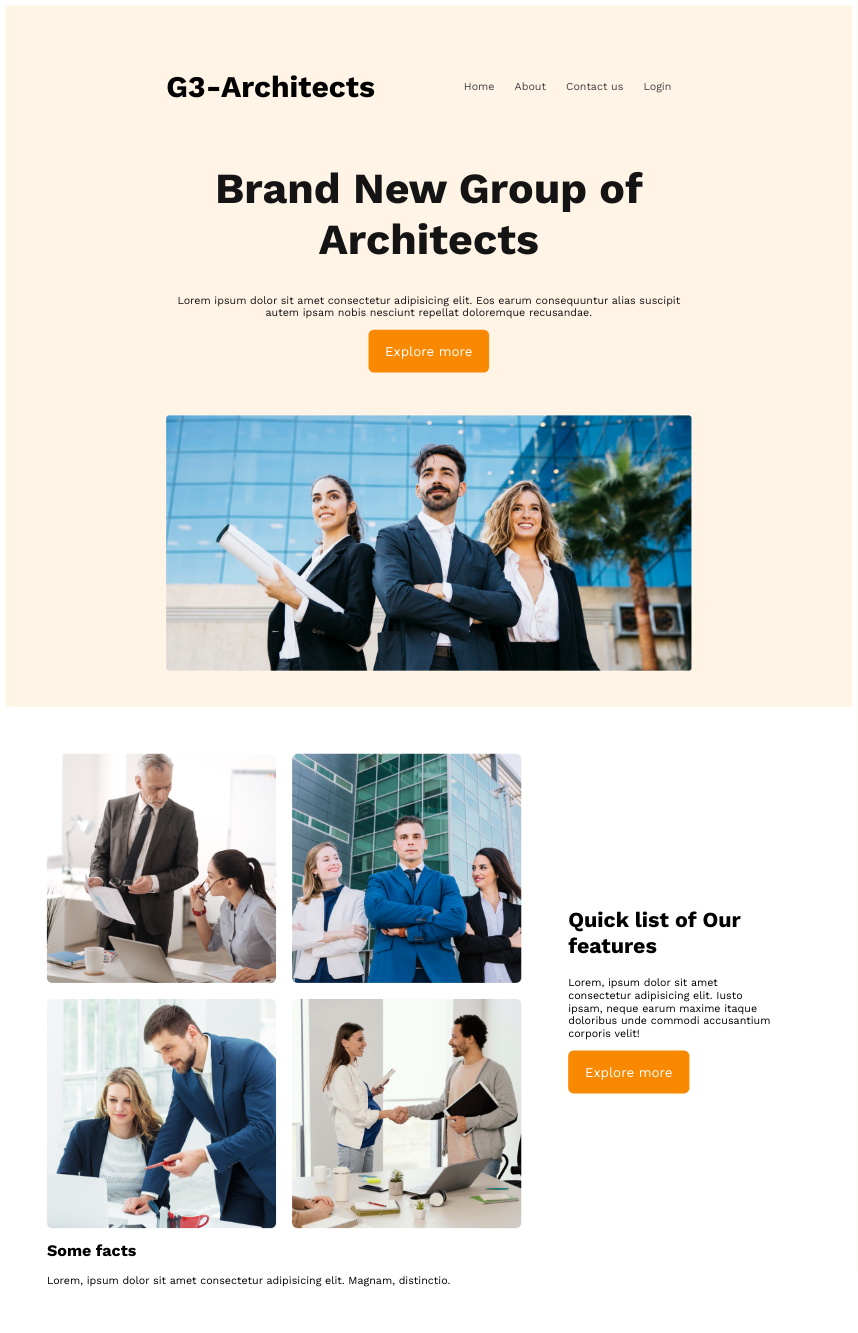
Repository: RudrasahaDibos/architects-resources
Page: index.html
An editor plug-in stored every save of this project. The page is shown before and after a run of saves, followed by the edit.
The browser window is 1280 px wide. The pictures show the whole page, at 67% of full size.

Above is the page before, as saved 2024-10-06 21:33:00.

After the next 13 saves:
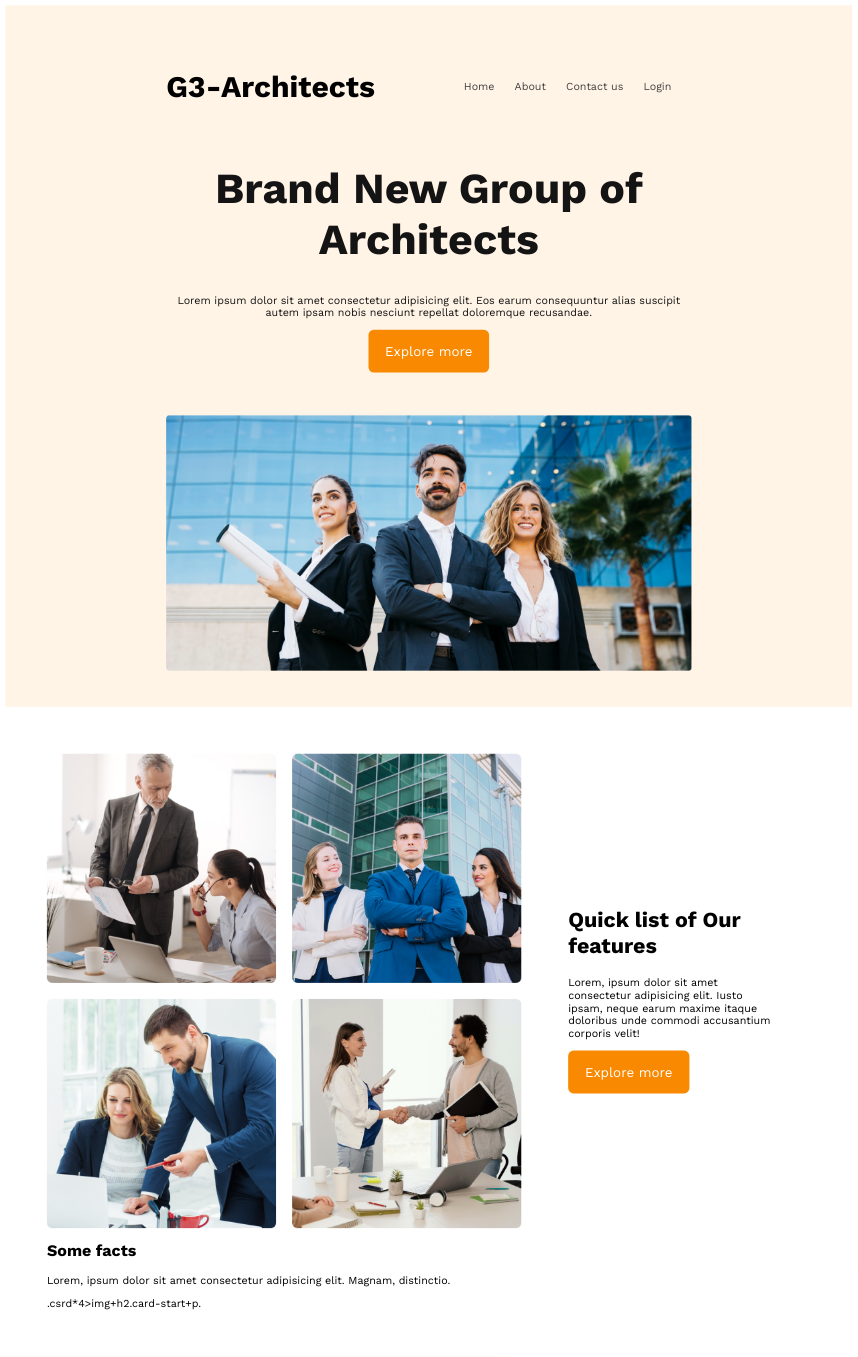
The 13 saves are shown as one change because they came seconds apart.
The last was saved 30 s later.
--- a/index.html
+++ b/index.html
@@ -52,7 +52,7 @@
                     <p class="some-discription">Lorem, ipsum dolor sit amet consectetur
                       adipisicing elit. Magnam, distinctio.</p>
                    <div class="fact-card-container">
-
+                          .csrd*4>img+h2.card-start+p.
                   </div>
                   </section>
        </main>
